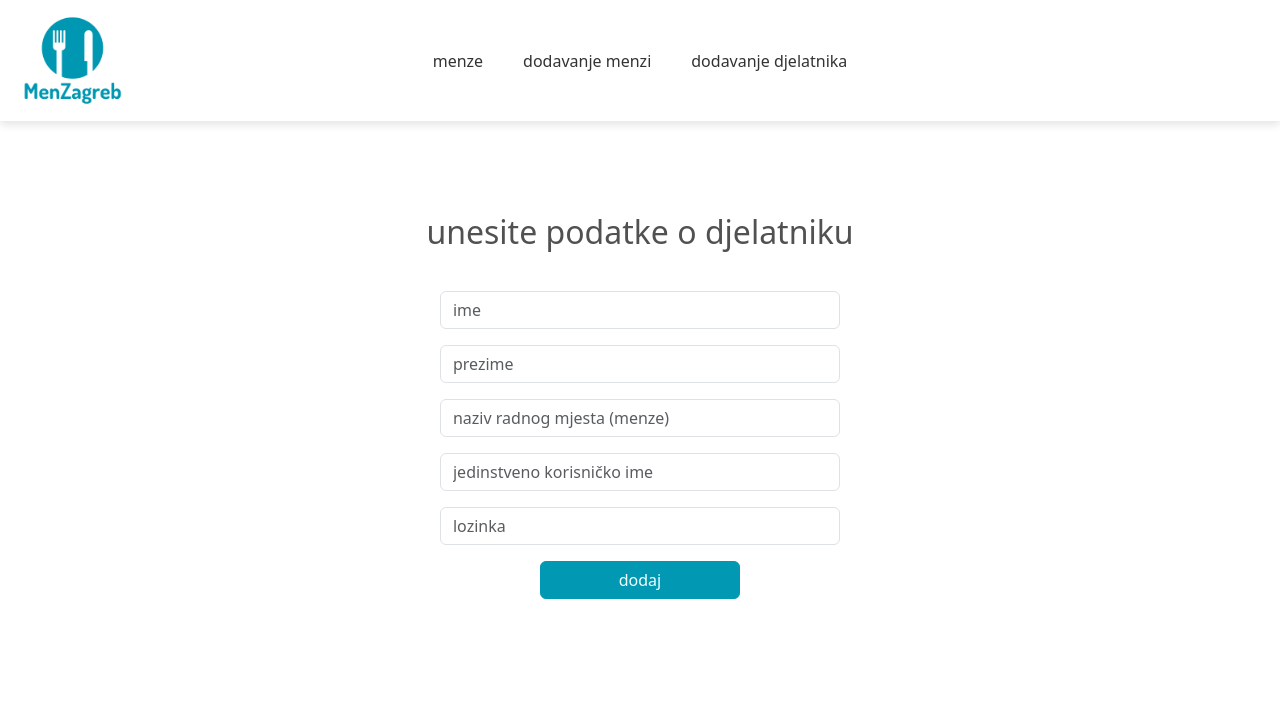
Repository: MENZG/menZg
Page: /admin/dodajDjelatnika (app in IzvorniKod/)
The author's editor kept a copy of each file at every save. The page is drawn from the files as they stood at one save, then again after the next save.
The browser window is 1280 px wide. The pictures show the whole page.
The project was rebuilt for these pictures with package versions that can differ from the ones it lists, and the page was loaded fresh each time. Also part of the build but not shown: IzvorniKod/vite.config.ts, IzvorniKod/src/Components/LoginForm.tsx, IzvorniKod/src/Components/AdminLogin.tsx, IzvorniKod/src/Components/EmployeeLogin.tsx, IzvorniKod/src/Components/NavBar.tsx, IzvorniKod/src/Components/ListaMenza.tsx, IzvorniKod/src/Components/Profil.tsx, IzvorniKod/src/Components/AddMenza.tsx and 5 more.

Above is the page before, as saved 2024-11-07 13:55:12.

### IzvorniKod/index.html
<!DOCTYPE html>
<html lang="en">
  <head>
    <meta charset="UTF-8" />
    <meta name="viewport" content="width=device-width, initial-scale=1.0" />
    <link rel="preconnect" href="https://fonts.googleapis.com">
    <link rel="preconnect" href="https://fonts.gstatic.com" crossorigin>
    <link href="https://fonts.googleapis.com/css2?family=Poiret+One&display=swap" rel="stylesheet">
    <title>MenZG</title>
  </head>
  <body>
    <div id="root"></div>
    <script type="module" src="/src/main.tsx"></script>
  </body>
</html>

### IzvorniKod/src/App.tsx
import {
  BrowserRouter as Router,
  Routes,
  Route,
  Navigate,
} from "react-router-dom";

import LoginForm from "./Components/LoginForm.tsx";
import AdminLogin from "./Components/AdminLogin.tsx";
import "bootstrap/dist/css/bootstrap.min.css";
import EmployeeLogin from "./Components/EmployeeLogin.tsx";
import ListaMenza from "./Components/ListaMenza.tsx";
import Profil from "./Components/Profil.tsx";
import AddMenza from "./Components/AddMenza.tsx";
import AddEmployee from "./Components/AddEmployee.tsx";
import AddWorkingHours from "./Components/AddWorkingHours.tsx";
import AddMeals from "./Components/AddMeals.tsx";
import ListaMenzaAdmin from "./Components/ListaMenzaAdmin.tsx";
import ListaMenzaEmployee from "./Components/ListaMenzaEmployee.tsx";

function App() {
  return (
    <Router>
      <Routes>
        <Route path="/" element={<Navigate to="/login/student" />} />
        <Route path="/login" element={<Navigate to="/login/student" />} />
        <Route path="/login/student" element={<LoginForm />} />
        <Route path="/login/admin" element={<AdminLogin />} />
        <Route path="/login/employee" element={<EmployeeLogin />} />
        <Route path="/menze" element={<ListaMenza />} />
        <Route path="/profil" element={<Profil />} />
        <Route path="/admin/menze" element={<ListaMenzaAdmin />} />
        <Route path="/admin/dodajMenzu" element={<AddMenza />} />
        <Route path="/admin/dodajDjelatnika" element={<AddEmployee />} />
        <Route path="/djelatnik/menze" element={<ListaMenzaEmployee />} />
        <Route path="/djelatnik/dodajJelovnik" element={<AddMeals />} />
        <Route
          path="/djelatnik/dodajRadnoVrijeme"
          element={<AddWorkingHours />}
        />
      </Routes>
    </Router>
  );
}

export default App;

### IzvorniKod/src/Components/AddEmployee.tsx
import NavBarAdmin from "./NavBarAdmin";
import { Button, Form } from "react-bootstrap";
import "/src/styles/AddEmployee.css";

const AddEmployee = () => {
  return (
    <>
      <NavBarAdmin />
      <div className="dodaj-djelatnika-container">
        <h2 className="h2">unesite podatke o djelatniku</h2>
        <Form className="w-100" style={{ maxWidth: "400px" }}>
          <Form.Group className="mb-3">
            <Form.Control
              className="form-control"
              type="name"
              placeholder="ime"
            />
          </Form.Group>

          <Form.Group className="mb-3">
            <Form.Control
              className="form-control"
              type="last-name"
              placeholder="prezime"
            />
          </Form.Group>

          <Form.Group className="mb-3">
            <Form.Control
              className="form-control"
              type="text"
              placeholder="naziv radnog mjesta (menze)"
            />
          </Form.Group>

          <Form.Group className="mb-3">
            <Form.Control
              className="form-control"
              type="text"
              placeholder="jedinstveno korisničko ime"
            />
          </Form.Group>

          <Form.Group className="mb-3">
            <Form.Control
              className="form-control"
              type="text"
              placeholder="lozinka"
            />
          </Form.Group>

          <Button variant="primary" type="submit" className="w-50 mb-3">
            dodaj
          </Button>
        </Form>
      </div>
    </>
  );
};

export default AddEmployee;

### IzvorniKod/src/styles/ListaMenza.css
/*.card-container {
    display: grid;
    grid-template-columns: repeat(auto-fill, minmax(18rem, 1fr));
    gap: 1rem;
    padding: 1rem;
    justify-items: center;
    align-items: start;
    padding-top: 20vh;
  }*/

  .card-container {
    display: grid;
    grid-template-columns: repeat(3, 1fr); /* Maksimalno 3 stupca */
    gap: 1rem;
    padding: 1rem;
    justify-items: center;
    justify-content: center;
    align-items: start;
    padding-top: 20vh;
    max-width: 75vw; /* Održite ovu širinu za udaljenost od rubova */
    margin-left: auto; /* Centriranje pomoću automatskih margina */
    margin-right: auto;
  }

  /* Smanji na 2 stupca za srednje ekrane */
  @media (max-width: 768px) {
    .card-container {
      grid-template-columns: repeat(2, 1fr);
    }
  }

  /* Smanji na 1 stupac za male ekrane (mobitele) */
  @media (max-width: 480px) {
    .card-container {
      grid-template-columns: 1fr;
    }
  }

  .card {
    box-shadow: 0px 4px 8px rgba(0, 0, 0, 0.2);
    border-radius: 8px;
    transition: transform 0.3s ease;
  }

  .card:hover {
    transform: scale(1.05);
  }

  .card img {
    border-top-left-radius: 8px;
    border-top-right-radius: 8px;
    object-fit: cover;
    height: 25vh;
  }

  .btn-primary{
    background-color: #0098b3;
    color: azure;
    border-color: #0098b3;
  }

  .btn-primary:hover{
    background-color: #00758a;
    border-color: #00758a;
  }

  .button-container {
    text-align: center;
  }

### IzvorniKod/src/Components/NavBarAdmin.tsx
import "/src/styles/NavBar.css";
import { useNavigate } from "react-router-dom";
import { Button } from "react-bootstrap";

const NavBarAdmin = () => {
  const navigate = useNavigate();

  const handleOnClickMenze = () => {
    navigate("/admin/menze");
  };

  const handleOnClickAddMenza = () => {
    navigate("/admin/dodajMenzu");
  };

  const handleOnClickAddEmployee = () => {
    navigate("/admin/dodajDjelatnika");
  };
  return (
    <nav className="navbar navbar-expand-lg bg-body-tertiary navbar-bg">
      <div className="container-fluid">
        <img
          src="/src/public/MenZagreb.png"
          alt="logo slika"
          className="logo-img"
        ></img>
        <div className="nav-btn-container">
          <ul className="navbar-nav me-auto mb-2 mb-lg-0">
            <li className="nav-item">
              <Button className="nav-btn" onClick={handleOnClickMenze}>
                menze
              </Button>
            </li>
            <li className="nav-item">
              <Button className="nav-btn" onClick={handleOnClickAddMenza}>
                dodavanje menzi
              </Button>
            </li>
            <li className="nav-item">
              <Button className="nav-btn" onClick={handleOnClickAddEmployee}>
                dodavanje djelatnika
              </Button>
            </li>
          </ul>
        </div>
      </div>
    </nav>
  );
};

export default NavBarAdmin;

### IzvorniKod/src/styles/AddMenza.css
.dodaj-menzu-container{
    display: flex;
    flex-direction: column;
    align-items: center; /* Centers the children horizontally */
    justify-content: center; /* Centers the children vertically, if needed */
    text-align: center;
    padding-top: 15vh;
}

.h2{
    color: rgb(81, 81, 81);
    margin-bottom: 40px;
}
.h4{
    color: rgb(81, 81, 81);
}

body {
    display: flex;
    justify-content: center; /* Centers horizontally */
    align-items: center; /* Centers vertically */
    min-height: 100vh; /* Ensures the body takes the full height of the viewport */
    margin: 0; /* Removes default margin */
  }

.select-container{
    display: flex;
    flex-direction: row;
    margin: 20px;
}

### IzvorniKod/src/styles/AddEmployee.css
.dodaj-djelatnika-container{
    display: flex;
    flex-direction: column;
    align-items: center; /* Centers the children horizontally */
    justify-content: center; /* Centers the children vertically, if needed */
    text-align: center;
    padding-top: 15vh;
}

.h2{
    color: rgb(81, 81, 81);
    margin-bottom: 40px;
}

body {
    display: flex;
    justify-content: center; /* Centers horizontally */
    align-items: center; /* Centers vertically */
    min-height: 100vh; /* Ensures the body takes the full height of the viewport */
    margin: 0; /* Removes default margin */
  }

### IzvorniKod/src/styles/NavBar.css
.logo-img {
    height: 14vh;
    margin: 0;
}

/* Stil za navigacijske botune */
.nav-item .nav-btn {
    background: none;
    border: none;
    color: #333;
    font-weight: normal;
    cursor: pointer;
    padding: 0;
    text-decoration: none;
    margin: 0 20px;
}

.nav-item .nav-btn:hover {
    color: #0098b3;
    background: none;
}

.nav-btn-container {
    position: absolute;
    left: 50%;
    transform: translateX(-50%);
    display: flex;
    gap: 20px;
    align-items: center;
}

/* Stil za pozadinu navbara */
.navbar-bg {
    background-color: white !important;
}

/* Navbar - fiksna pozicija i stil */
.navbar {
    position: fixed;
    top: 0;
    left: 0;
    width: 100%;
    z-index: 1000;
    background-color: white;
    box-shadow: 0 4px 8px rgba(0, 0, 0, 0.1);
    padding: 10px;
}

/* Kontejner za elemente unutar navbara */
.navbar .container-fluid {
    display: flex;
    align-items: center;
    justify-content: space-between; /* Logo lijevo, ostatak desno */
    position: relative;
}

/* Centriranje logo-a */
.logo-img {
    margin-right: auto; /* Osigurava da logo ostane skroz lijevo */
}

### IzvorniKod/src/Components/ListaEmployees.tsx
import "/src/styles/ListaMenza.css";

const ListaEmployees = () => {
  return (
    <div className="card-container">
      <div className="card">
        <div className="card-header">Jadranka Radić</div>
        <div className="card-body">
          <blockquote className="blockquote mb-0">
            <p>Cvjetno naselje menza</p>
          </blockquote>
        </div>
      </div>
    </div>
  );
};

export default ListaEmployees;

Loaded but not shown: IzvorniKod/src/main.tsx (common file)

After the next save:
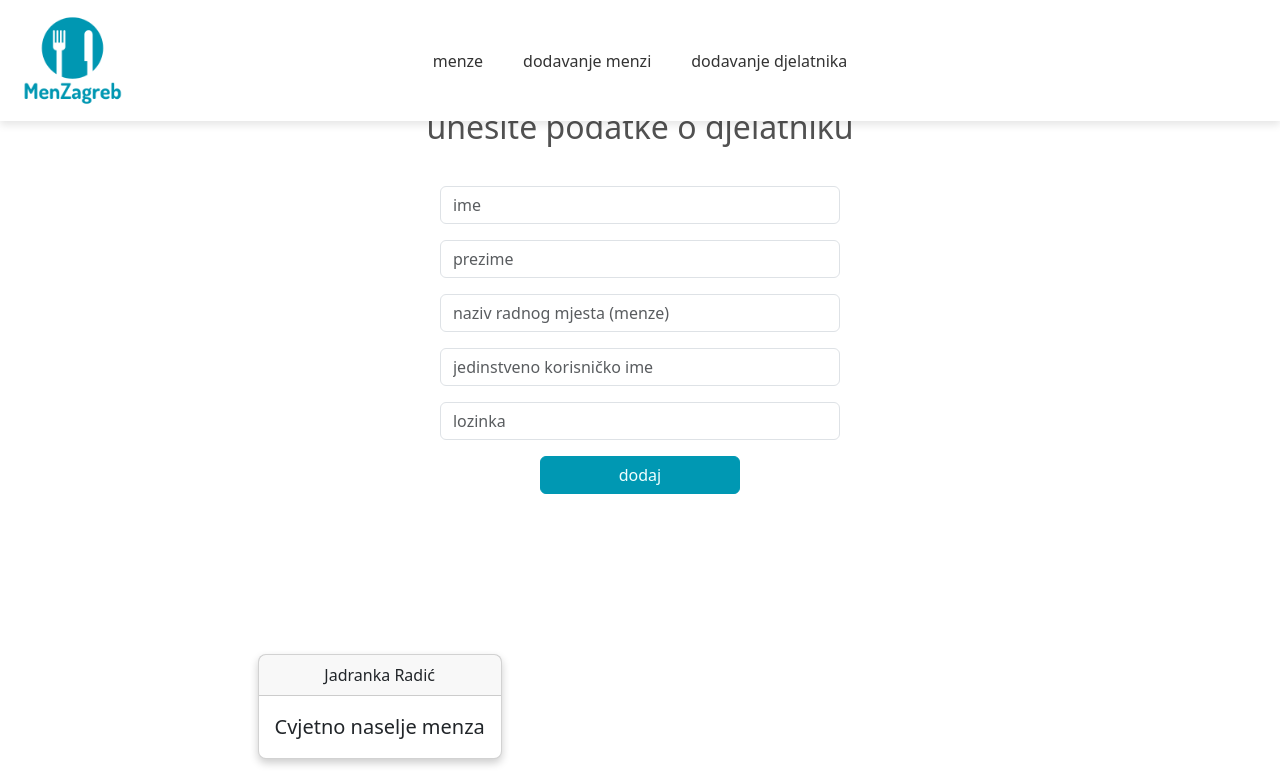
Saved 55 s later.
--- a/IzvorniKod/src/Components/AddEmployee.tsx
+++ b/IzvorniKod/src/Components/AddEmployee.tsx
@@ -1,6 +1,7 @@
 import NavBarAdmin from "./NavBarAdmin";
 import { Button, Form } from "react-bootstrap";
 import "/src/styles/AddEmployee.css";
+import ListaEmployees from "./ListaEmployees";
 
 const AddEmployee = () => {
   return (
@@ -53,6 +54,7 @@ const AddEmployee = () => {
             dodaj
           </Button>
         </Form>
+        <ListaEmployees />
       </div>
     </>
   );
